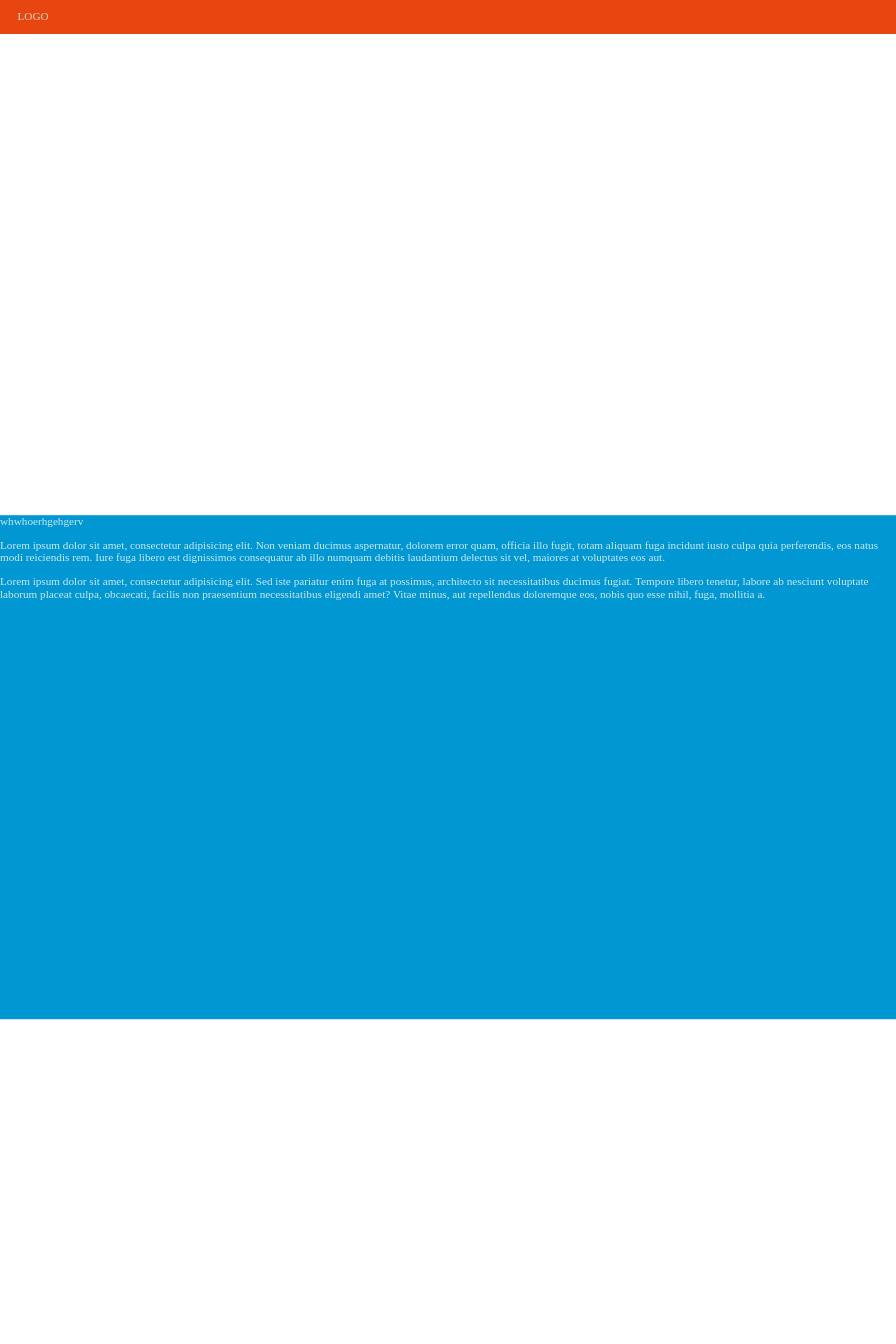
Repository: LiamB123/Adaptive-Sizing-Practice
Page: MP.html
The author's editor kept a record of every edit. The page is drawn from the files as they stood at one moment, then again after the next edit.
The browser window is 1280 px wide. The pictures show the part of the page from y = 0 to 1920 px (the page is 2912 px tall), at 70% of full size.

Above is the page before.

### MP.html
<!DOCTYPE html>
<html lang="en">
<head>
    <meta charset="UTF-8">
    <meta name="viewport" content="width=device-width, initial-scale=1.0">
    <meta http-equiv="X-UA-Compatible" content="ie=edge">
    <link rel="stylesheet" href="MP.css" type="text/css" />
    <title>Document</title>
</head>

<body>
  <main class='main'></main>
   <header class="header">

   <div class="logo">Logo</div>
   </header>

       <section class="section">
           <article class="article column-60"></article>
           <p class='sectipon-parragraph'></p>
           whwhoerhgehgerv

           <aside class="article column-40"></aside>

           <p class="section-paragraph">Lorem ipsum dolor sit amet, consectetur adipisicing elit. Non veniam ducimus aspernatur, dolorem error quam, officia illo fugit, totam aliquam fuga incidunt iusto culpa quia perferendis, eos natus modi reiciendis rem. Iure fuga libero est dignissimos consequatur ab illo numquam debitis laudantium delectus sit vel, maiores at voluptates eos aut.
           </p>

           <footer class="footer">
               Lorem ipsum dolor sit amet, consectetur adipisicing elit. Sed iste pariatur enim fuga at possimus, architecto sit necessitatibus ducimus fugiat. Tempore libero tenetur, labore ab nesciunt voluptate laborum placeat culpa, obcaecati, facilis non praesentium necessitatibus eligendi amet? Vitae minus, aut repellendus doloremque eos, nobis quo esse nihil, fuga, mollitia a.

           </footer>
       </section>

<main class="main"></main>
<header class="header">
    <div class="logo"> LOGO</div>
   </header>

    <section class="section">
        <article class="article column column-60"></article>
        <aside class="aside column column-40 ">
            <p class="section-paragraph">
                Lorem ipsum dolor sit amet, consectetur adipisicing elit. Non, reprehenderit, aliquam? Ducimus eos deserunt, quod? Nam suscipit dolorem facere fugit quae atque magni excepturi ratione, quibusdam repudiandae temporibus obcaecati assumenda deserunt dignissimos beatae modi blanditiis illum, tempora similique dolor, quo autem veritatis! Soluta labore quaerat earum iusto vitae ut dicta.
            </p>
        </aside>
    </section>

</header>

</body>
</html>

### MP.css
body, html {
    height:100%;
    margin:0;
    color:rgba( 255, 255, 255, .8);
}

.header
    { position: fixed;
    top:0;
    left: 0;
    right: 0;
    background-color:#e84610;
    padding: 15px 25px;

    }

.main { height:100%; }

    .section { background-color: #0097d3;
        height:100%;
    }

.article, .aside{
    position:relative;
    top:50%;
    transform:translateY(-50%) ;
}
.section-paragraph { font-size: 1em;

}

After the next edit:
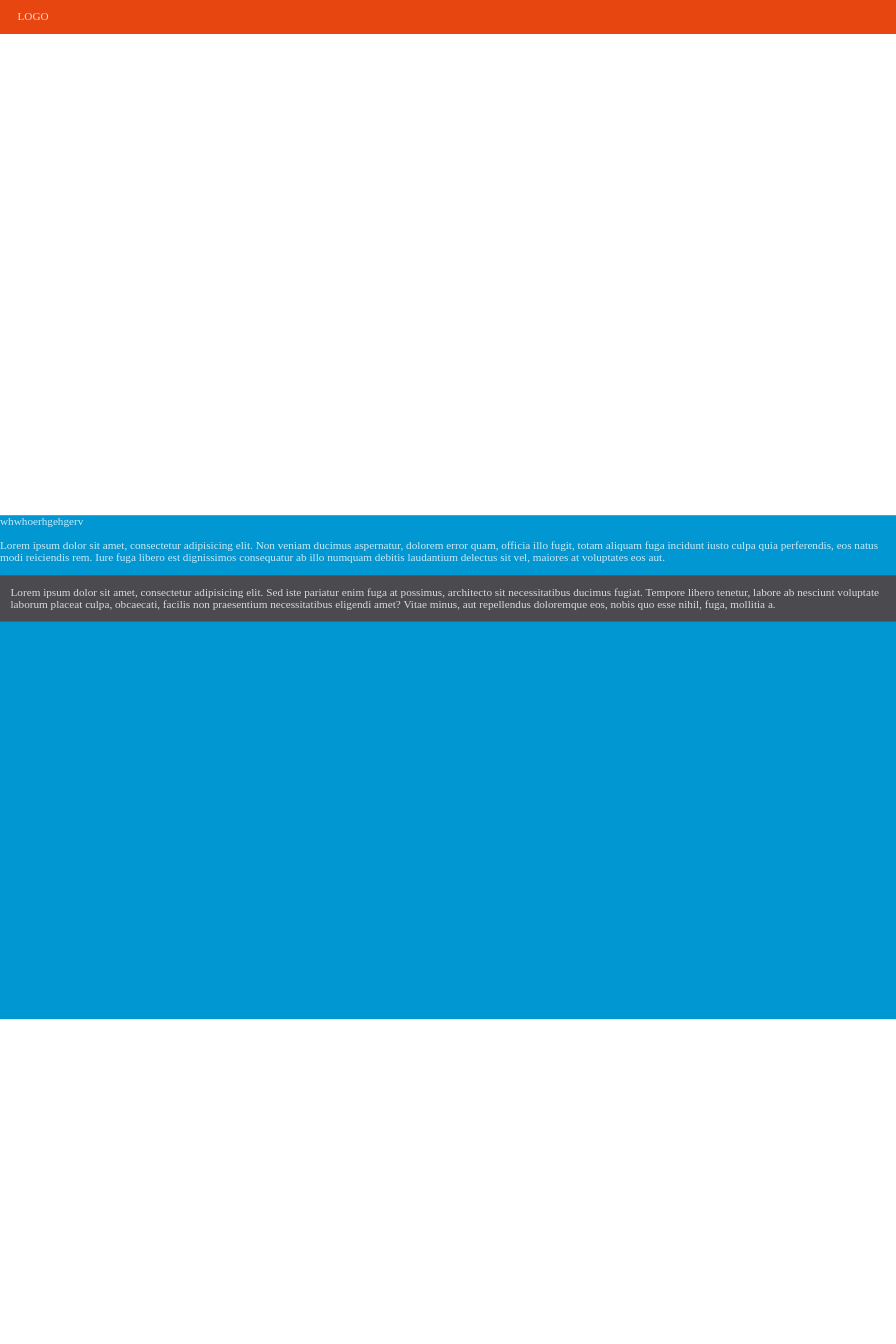
The edit:
--- a/MP.css
+++ b/MP.css
@@ -28,3 +28,5 @@
 .section-paragraph { font-size: 1em;
 
 }
+.footer{ background-color:#4a4a4f;
+padding:15px;}
